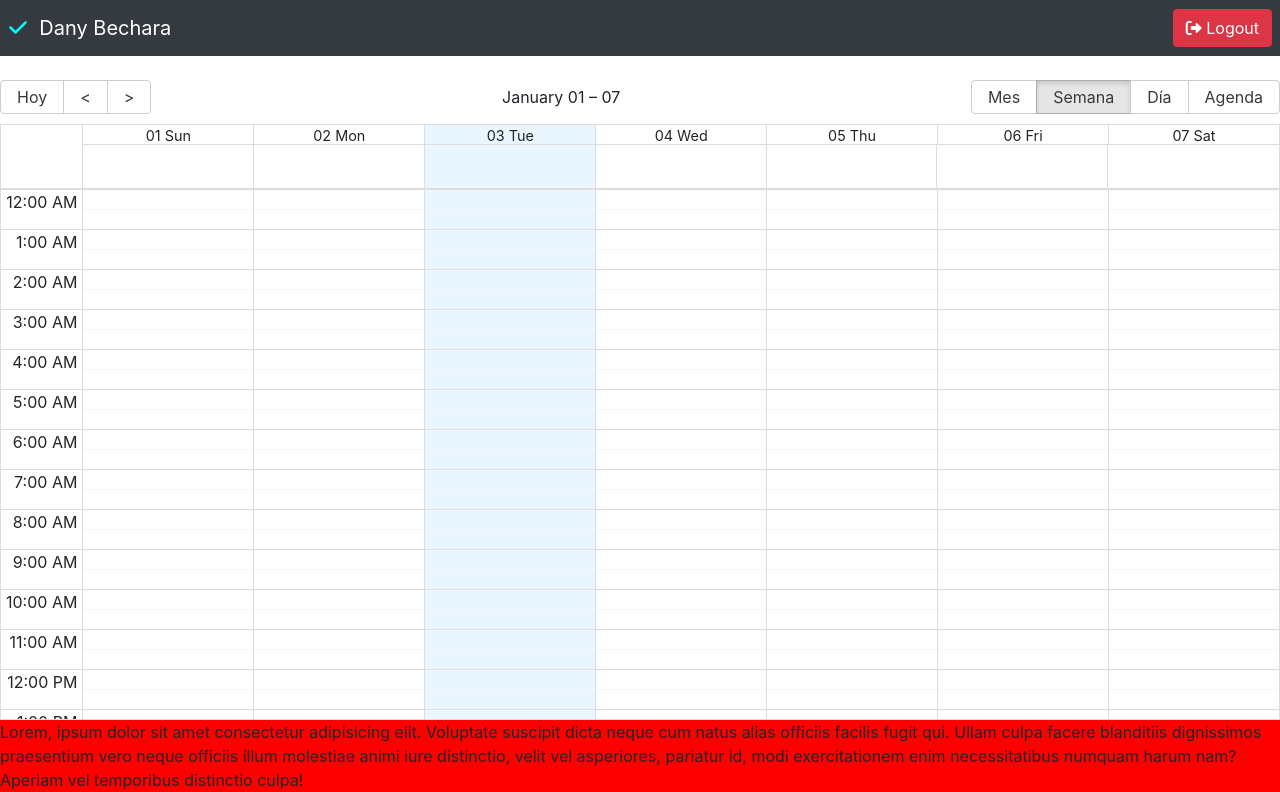
Repository: bechara611/calendar-frontend
Page: /
These files come from the project's save history. The page is drawn as it stood at one moment and after the next save; the edit follows.
The browser window is 1280 px wide. The pictures show the whole page.
An inner scrolling area shows only its first screen. The project was rebuilt for these pictures with package versions that can differ from the ones it lists, and the page was loaded fresh each time. Also part of the build but not shown: vite.config.js. Imported but missing from the stored project, and not drawn on this page: src/auth.

Above is the page before, as saved 2023-01-04 19:17:57.

After the next save:
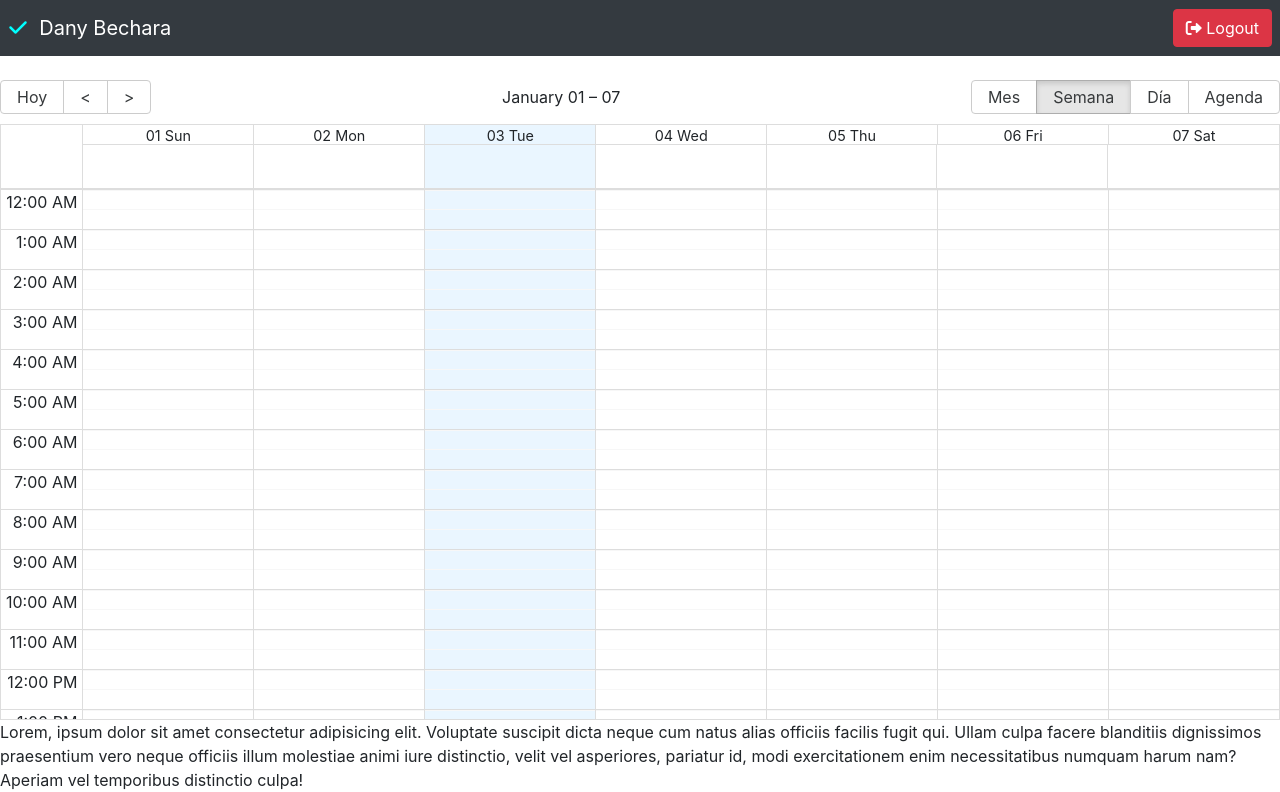
Saved 6 s later.
--- a/src/styles.css
+++ b/src/styles.css
@@ -1,5 +1,3 @@
 :root {
     --main-bg-colorRed: red;
   }
-
-.cajita{background: var(--main-bg-colorRed);}
